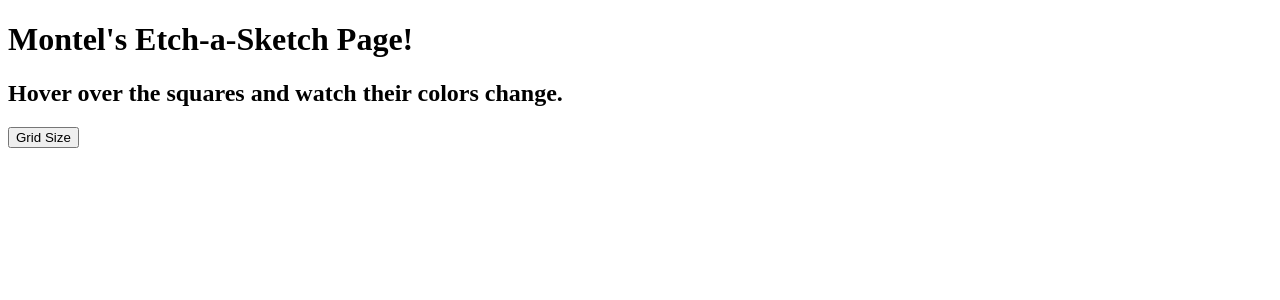
Repository: mnhardy1504/odin-recipes1
Page: repos/Etch-a-Sketch/index.html
These files come from the project's save history. The page is drawn as it stood at one moment and after the next save; the edit follows.
The browser window is 1280 px wide. The pictures show the whole page.

Above is the page before, as saved 2023-11-11 19:59:00.

After the next save:
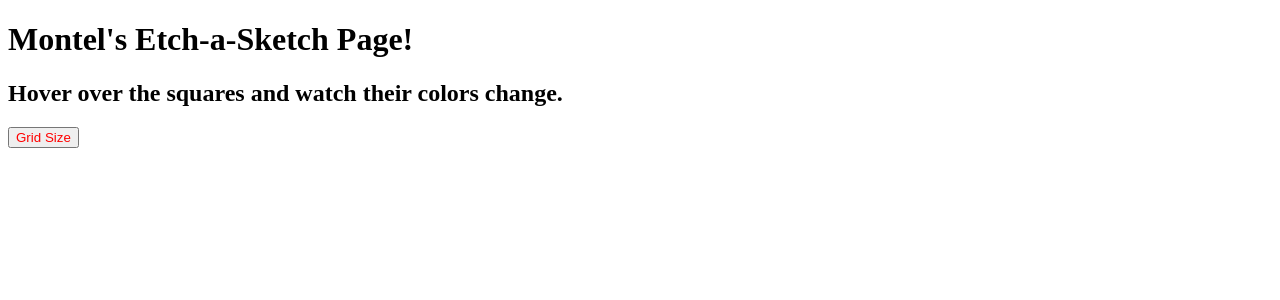
Saved 3 s later.
--- a/repos/Etch-a-Sketch/index.html
+++ b/repos/Etch-a-Sketch/index.html
@@ -9,7 +9,7 @@
 <body>
   <h1>Montel's Etch-a-Sketch Page!</h1>
   <h2> Hover over the squares and watch their colors change.</h2>
-  <button>Grid Size</button>
+  <button class="size">Grid Size</button>
   <div class="grid-container"></div>
 </body>
 </html>

After the save that followed:
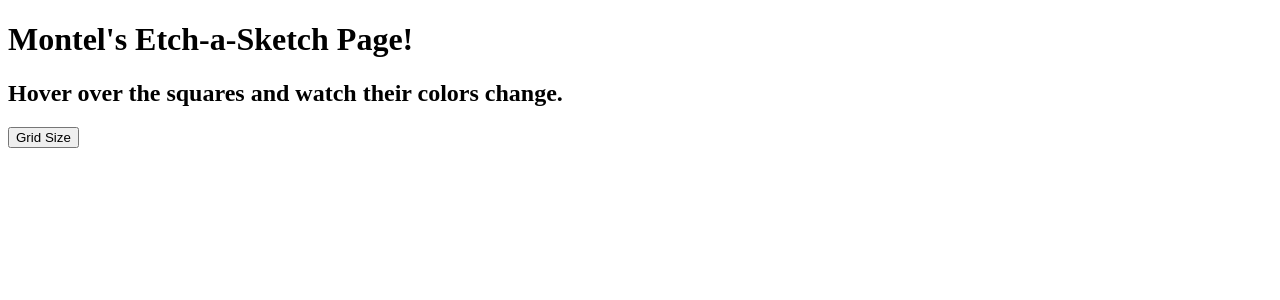
Saved 19 s later.
--- a/repos/Etch-a-Sketch/index.css
+++ b/repos/Etch-a-Sketch/index.css
@@ -13,5 +13,6 @@
 }
 
 .size{
-    color:red
+    background-color:red
+    font:white
 }
